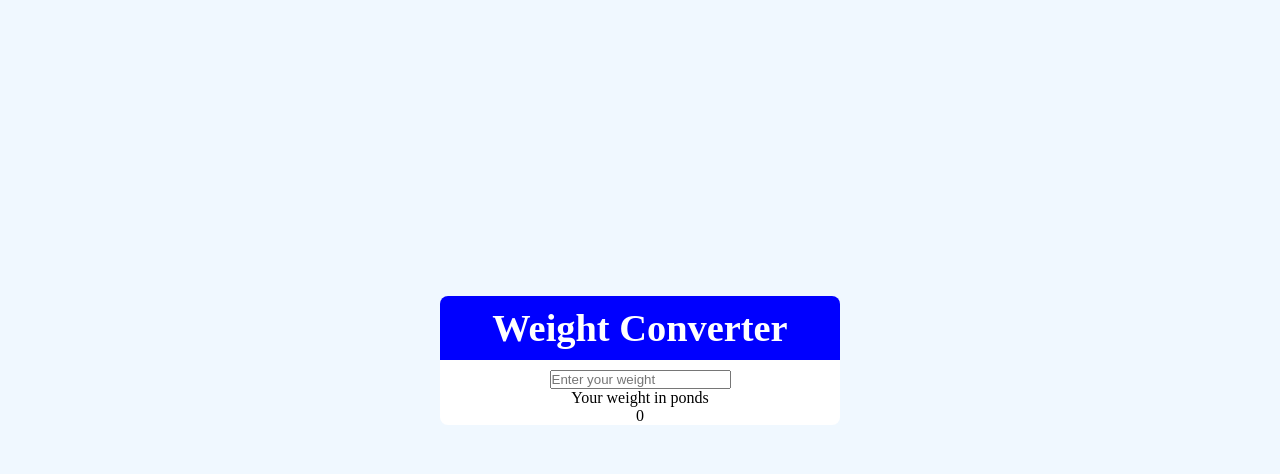
Repository: JunaidAnsari202/Weight-Converter
Page: index.html
The author's editor kept a copy of each file at every save. The page is drawn from the files as they stood at one save, then again after a run of saves.
The browser window is 1280 px wide. The pictures show the whole page.

Above is the page before, as saved 2024-10-16 10:07:52.

After the next 10 saves:
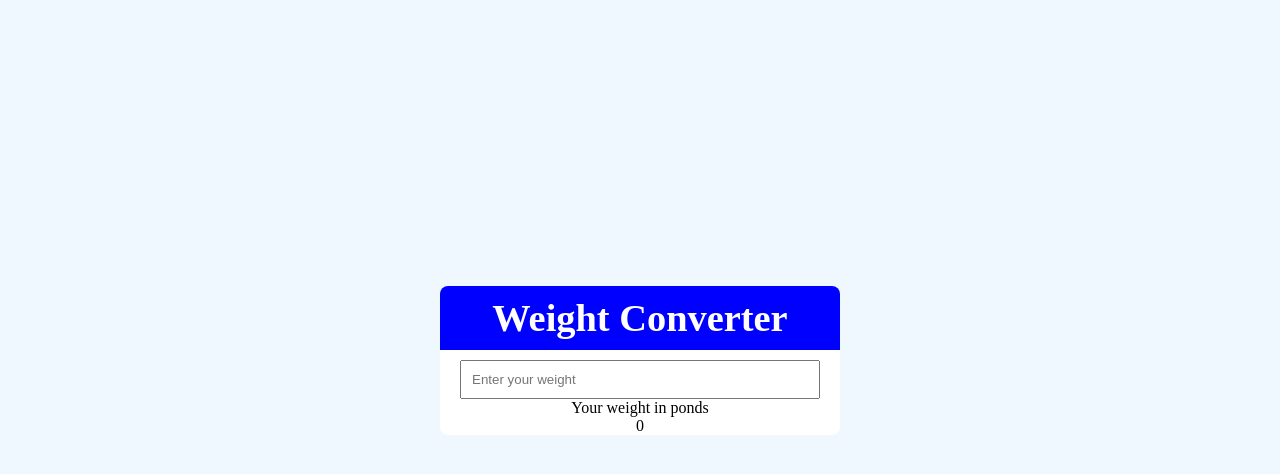
The 10 saves are shown as one change because they came seconds apart.
The last was saved 19 s later.
--- a/style.css
+++ b/style.css
@@ -36,5 +36,7 @@
 }
 
 input{
-    width: ;
+    width: 90%;
+    padding: 10px;
+    font-size: ;
 }
